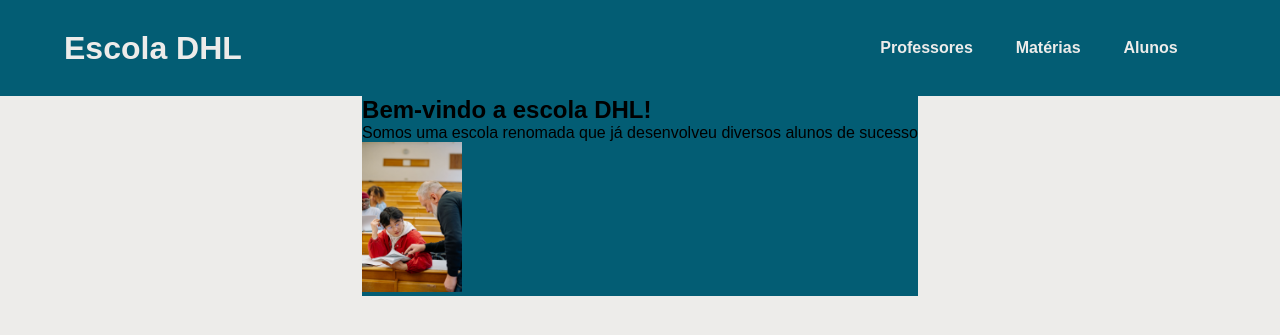
Repository: SirHick/sa-sistema-escola-DHL
Page: front/index.html
The author's editor kept a copy of each file at every save. The page is drawn from the files as they stood at one save, then again after a run of saves.
The browser window is 1280 px wide. The pictures show the whole page.

Above is the page before, as saved 2026-07-17 15:44:14.

After the next 3 saves:
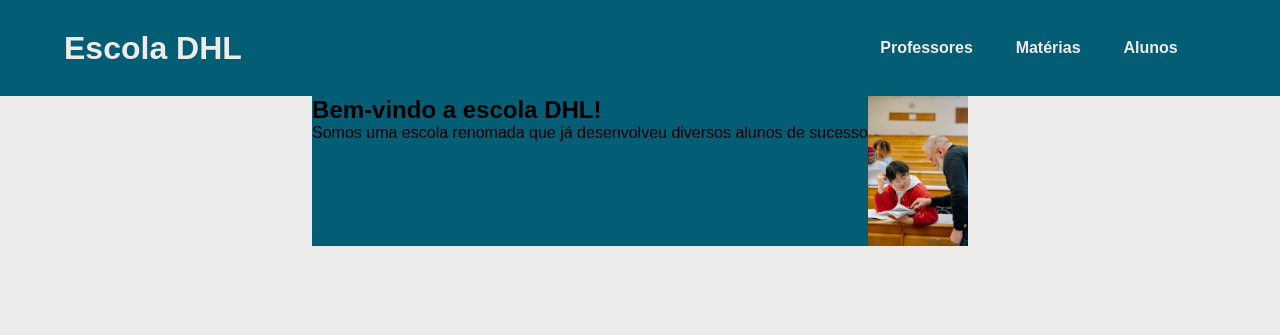
The 3 saves are shown as one change because they came seconds apart.
The last was saved 12 s later.
--- a/front/style.css
+++ b/front/style.css
@@ -46,5 +46,6 @@
 .hero-section{
     justify-self: center;
     background-color: #035D74;
-
+    display: flex;
+    align-self: center;
 }

After the save that followed:
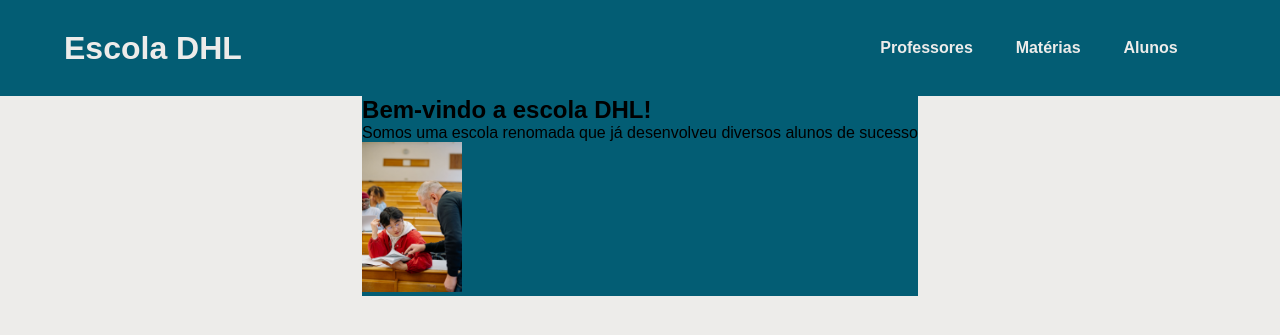
Saved 6 s later.
--- a/front/style.css
+++ b/front/style.css
@@ -46,6 +46,4 @@
 .hero-section{
     justify-self: center;
     background-color: #035D74;
-    display: flex;
-    align-self: center;
 }
